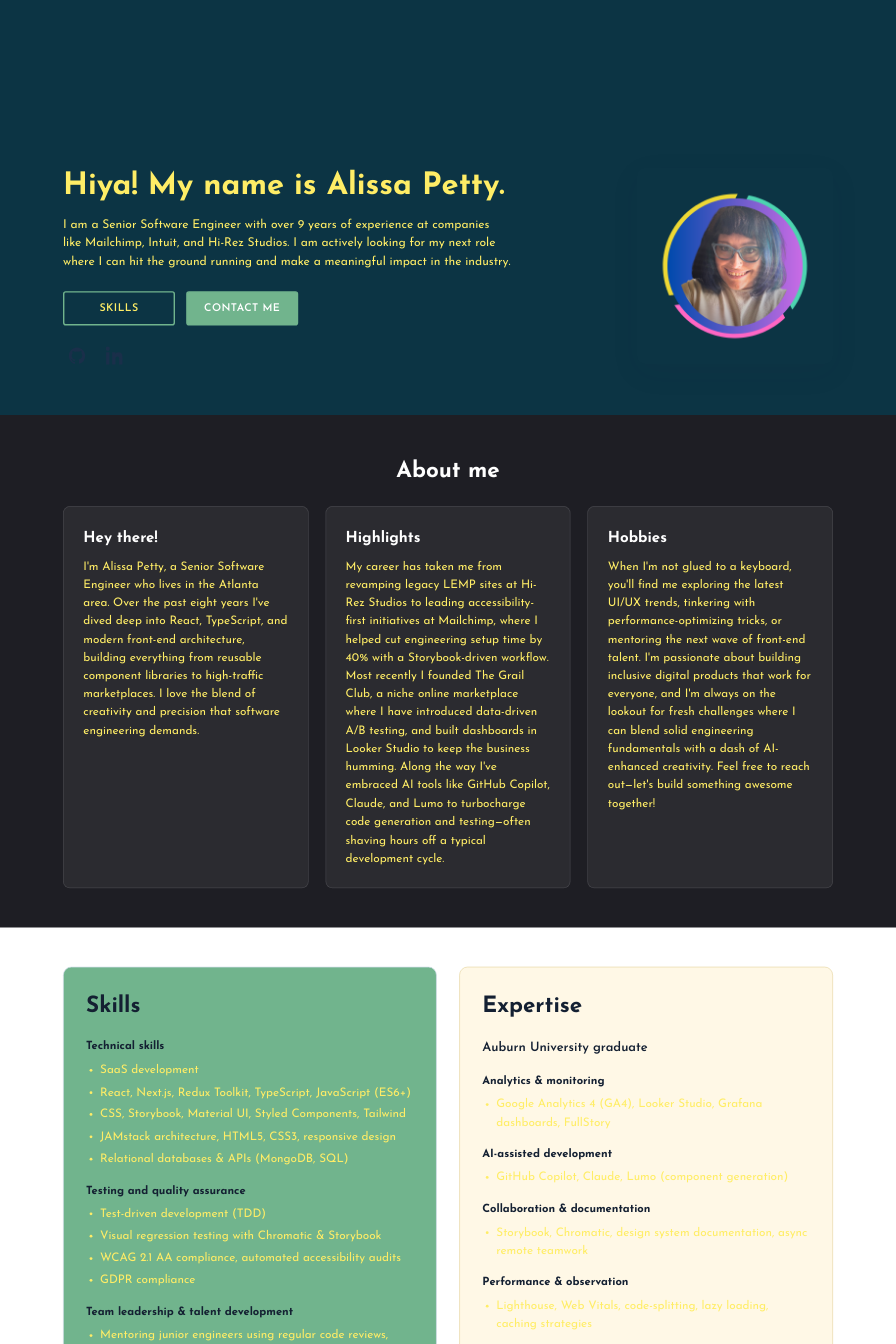
Repository: AlissaSPetty/alissa-petty-com
Page: /
These files come from the project's save history. The page is drawn as it stood at one moment and after the next save; the edit follows.
The browser window is 1280 px wide. The pictures show the part of the page from y = 0 to 1920 px (the page is 4285 px tall), at 70% of full size.
The project was rebuilt for these pictures with package versions that can differ from the ones it lists, and the page was loaded fresh each time. Also part of the build but not shown: vite.config.ts, src/legal.css, src/pages/LegalPage.tsx.

Above is the page before, as saved 2026-05-03 17:58:49.

After the next save:
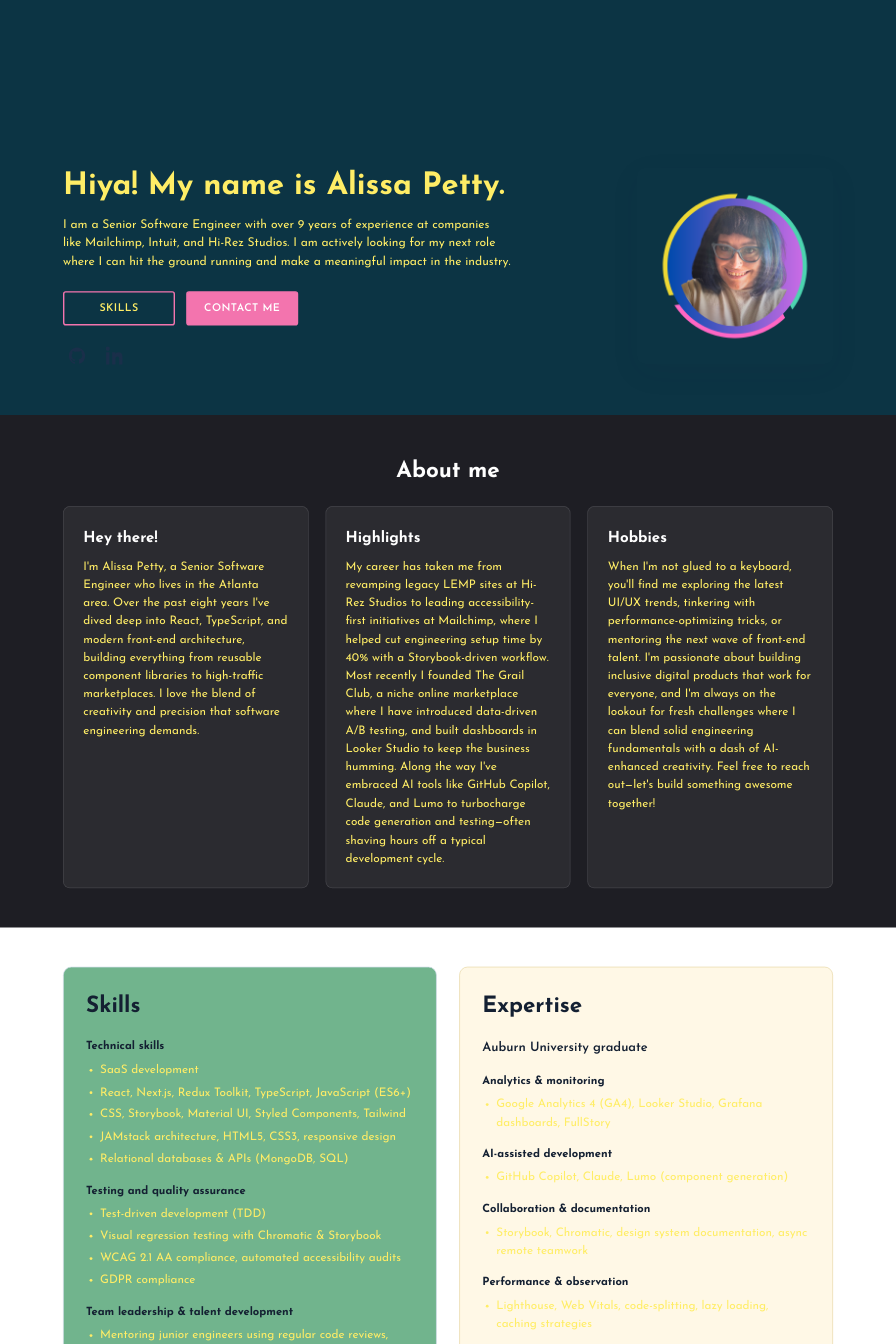
Saved 54 s later.
--- a/src/index.css
+++ b/src/index.css
@@ -7,7 +7,7 @@
   --surface: #ffffff;
   --navy: #1a2f4a;
   --navy-deep: #14243a;
-  --primary: #71b48d;
+  --primary: #f374ae;
   --primary-hover: #355a92;
   --accent-footer: #ffed66;
   --footer-text: #1e1e24;
